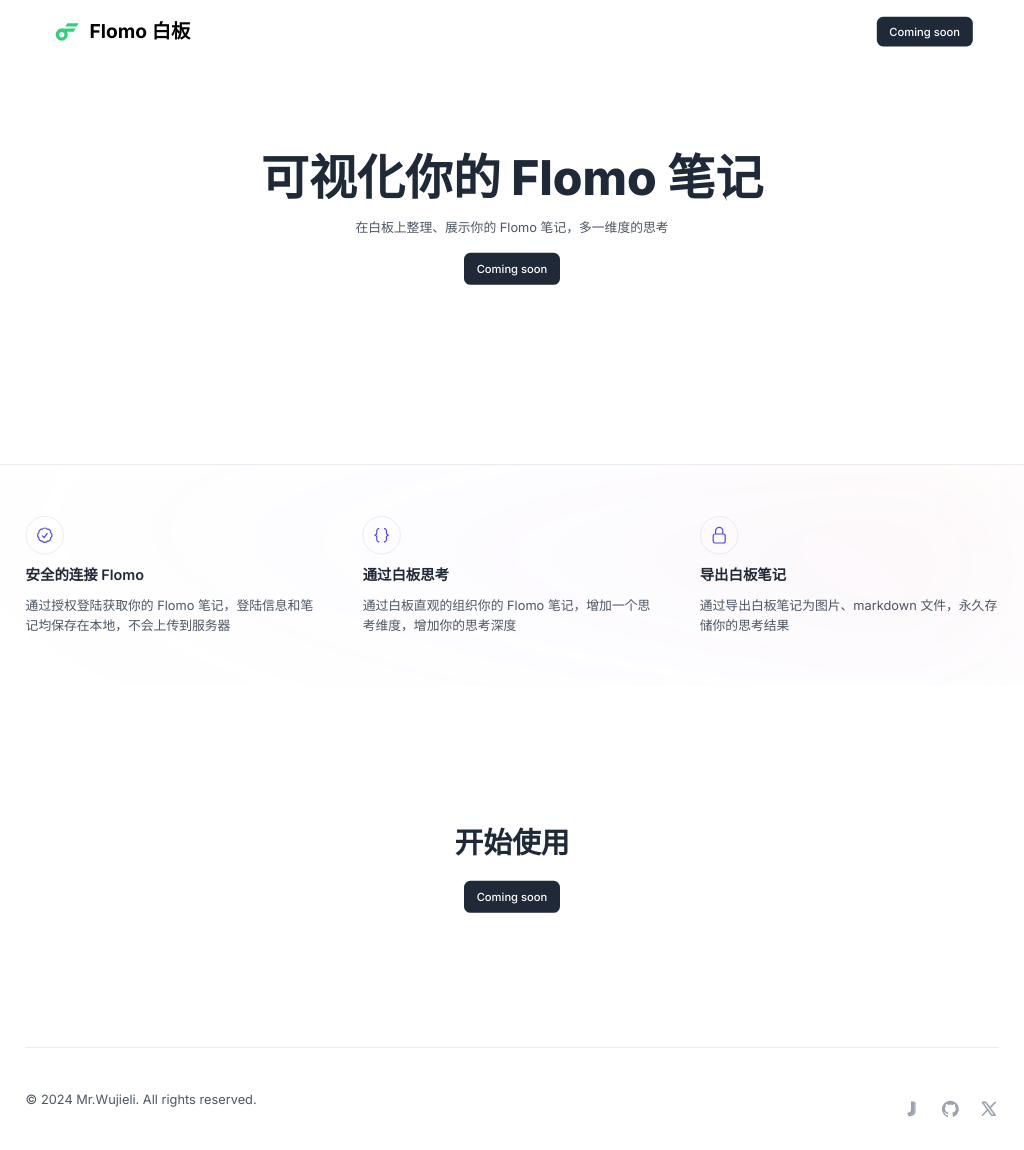
Repository: wujieli0207/flomo-board
Page: /
An editor plug-in stored every save of this project. The page is shown before and after the next save, followed by the edit.
The browser window is 1280 px wide. The pictures show the whole page, at 80% of full size.
The project was rebuilt for these pictures with package versions that can differ from the ones it lists, and the page was loaded fresh each time. The framework's server and built-in components were replaced by stand-ins that run in the browser. Also part of the build but not shown: next.config.mjs.

Above is the page before, as saved 2024-06-22 20:26:53.

### app/page.tsx
import GradientWrapper from '@/components/GradientWrapper'
import Features from '@/components/ui/Features'
import Footer from '@/components/ui/Footer'
import FooterCTA from '@/components/ui/FooterCTA'
import Hero from '@/components/ui/Hero'
import Navbar from '@/components/ui/Navbar'

export default function Home() {
  return (
    <>
      <Navbar />
      <main className="flex min-h-screen flex-col items-center justify-between">
        <Hero />
        <GradientWrapper>
          <Features />
        </GradientWrapper>
        <FooterCTA />
      </main>
      <Footer />
    </>
  )
}

### app/globals.css
@tailwind base;
@tailwind components;
@tailwind utilities;

.custom-screen {
  @apply max-w-screen-xl mx-auto px-4 md:px-8;
}

.gradient-border {
  border: 1px solid transparent;
  background: linear-gradient(white, white),
    linear-gradient(
      25deg,
      rgba(209, 213, 219, 1),
      rgba(209, 213, 219, 1),
      rgba(0, 0, 0, 0.63),
      rgba(209, 213, 219, 1),
      rgba(209, 213, 219, 1)
    );
  background-clip: padding-box, border-box;
  background-origin: padding-box, border-box;
}

### components/GradientWrapper.tsx
import { ReactNode } from 'react'

interface IProps {
  children: ReactNode
  className?: string
}

const GradientWrapper = ({ children, className = '' }: IProps) => (
  <div
    className={`relative overflow-hidden my-16 border-t sm:my-28 ${
      className ?? ''
    }`}
  >
    <div
      className="blur-[100px] absolute inset-0 w-full h-full"
      style={{
        background:
          'linear-gradient(202.72deg, rgba(237, 78, 80, 0.05) 14.76%, rgba(152, 103, 240, 0.04) 34.37%, rgba(152, 103, 240, 0) 86.62%)',
      }}
    ></div>
    <div className="relative">{children}</div>
  </div>
)

export default GradientWrapper

### components/ui/Features/index.tsx
import SectionWrapper from '../../SectionWrapper'

const Features = () => {
  const features = [
    {
      icon: (
        <svg
          xmlns="http://www.w3.org/2000/svg"
          fill="none"
          viewBox="0 0 24 24"
          strokeWidth={1.5}
          stroke="currentColor"
          className="w-6 h-6"
        >
          <path
            strokeLinecap="round"
            strokeLinejoin="round"
            d="M9 12.75L11.25 15 15 9.75M21 12c0 1.268-.63 2.39-1.593 3.068a3.745 3.745 0 01-1.043 3.296 3.745 3.745 0 01-3.296 1.043A3.745 3.745 0 0112 21c-1.268 0-2.39-.63-3.068-1.593a3.746 3.746 0 01-3.296-1.043 3.745 3.745 0 01-1.043-3.296A3.745 3.745 0 013 12c0-1.268.63-2.39 1.593-3.068a3.745 3.745 0 011.043-3.296 3.746 3.746 0 013.296-1.043A3.746 3.746 0 0112 3c1.268 0 2.39.63 3.068 1.593a3.746 3.746 0 013.296 1.043 3.746 3.746 0 011.043 3.296A3.745 3.745 0 0121 12z"
          />
        </svg>
      ),
      title: '安全的连接 Flomo',
      desc: '通过授权登陆获取你的 Flomo 笔记，登陆信息和笔记均保存在本地，不会上传到服务器',
    },
    {
      icon: (
        <svg
          className="w-6 h-6"
          viewBox="0 0 24 24"
          fill="none"
          xmlns="http://www.w3.org/2000/svg"
        >
          <path
            fill-rule="evenodd"
            clip-rule="evenodd"
            d="M9 4.476V3H8.865C8.3955 3 7.941 3.093 7.5015 3.2775C7.06407 3.46087 6.66854 3.73136 6.339 4.0725C6.01829 4.39483 5.76667 4.77915 5.5995 5.202V5.2035C5.45069 5.60502 5.35097 6.02305 5.3025 6.4485V6.4515C5.25984 6.8816 5.24781 7.31419 5.2665 7.746C5.2845 8.181 5.2935 8.616 5.2935 9.0495C5.2935 9.354 5.2335 9.639 5.118 9.9075V9.909C4.89786 10.433 4.48805 10.8546 3.9705 11.0895C3.70659 11.2048 3.42148 11.2635 3.1335 11.262H3V12.738H3.135C3.4275 12.738 3.705 12.798 3.969 12.9195L3.9705 12.921C4.2375 13.038 4.464 13.197 4.653 13.398L4.656 13.401C4.851 13.596 5.0055 13.8285 5.1165 14.0985L5.118 14.1015C5.235 14.3715 5.2935 14.6535 5.2935 14.9505C5.2935 15.3855 5.2845 15.8205 5.2665 16.254C5.2485 16.698 5.2605 17.1315 5.3025 17.559V17.5605C5.352 17.985 5.451 18.3975 5.598 18.7965V18.798C5.757 19.2075 6.0045 19.584 6.339 19.9275C6.6735 20.2725 7.062 20.538 7.5015 20.7225C7.941 20.907 8.3955 21 8.8665 21H9V19.524H8.865C8.565 19.524 8.2845 19.467 8.0205 19.3515C7.76585 19.2325 7.53389 19.0701 7.335 18.8715C7.14192 18.666 6.98519 18.4291 6.8715 18.171C6.7605 17.901 6.7065 17.616 6.7065 17.3115C6.7065 16.9695 6.711 16.632 6.723 16.3035C6.735 15.9615 6.735 15.6285 6.723 15.306C6.71771 14.9845 6.69015 14.6637 6.6405 14.346C6.59278 14.0326 6.50819 13.726 6.3885 13.4325C6.15504 12.8646 5.77322 12.3698 5.283 12C5.77377 11.6304 6.15612 11.1356 6.39 10.5675C6.51 10.2795 6.5925 9.978 6.642 9.6645C6.6915 9.3495 6.7185 9.03 6.7245 8.7045C6.7365 8.3745 6.7365 8.0415 6.7245 7.7055C6.7125 7.3695 6.7065 7.0305 6.7065 6.6885C6.7039 6.25858 6.82703 5.83727 7.06076 5.47643C7.29448 5.11558 7.6286 4.83093 8.022 4.6575C8.28687 4.53605 8.57512 4.4741 8.8665 4.476H9ZM15 19.524V21H15.135C15.6045 21 16.059 20.907 16.4985 20.7225C16.938 20.538 17.3265 20.2725 17.661 19.9275C17.9955 19.5825 18.243 19.2075 18.4005 18.798V18.7965C18.5505 18.3975 18.648 17.982 18.6975 17.5515V17.5485C18.7395 17.1285 18.7515 16.698 18.7335 16.254C18.7155 15.819 18.7065 15.384 18.7065 14.9505C18.7065 14.646 18.7665 14.361 18.882 14.0925V14.091C19.1019 13.5668 19.5118 13.1452 20.0295 12.9105C20.2935 12.7954 20.5785 12.7367 20.8665 12.738H21V11.262H20.865C20.571 11.262 20.2935 11.202 20.0295 11.0805L20.028 11.079C19.7705 10.968 19.5382 10.8057 19.3455 10.602L19.3425 10.599C19.1443 10.3993 18.9878 10.1622 18.882 9.9015V9.8985C18.7648 9.63083 18.7045 9.34171 18.705 9.0495C18.705 8.6145 18.714 8.1795 18.732 7.746C18.7507 7.3107 18.7387 6.87461 18.696 6.441V6.4395C18.6474 6.01715 18.5482 5.60217 18.4005 5.2035V5.202C18.2329 4.77902 17.9807 4.39469 17.6595 4.0725C17.3299 3.7314 16.9344 3.46091 16.497 3.2775C16.0653 3.09415 15.601 2.99977 15.132 3H15V4.476H15.135C15.435 4.476 15.7155 4.533 15.978 4.6485C16.239 4.7715 16.467 4.9305 16.6635 5.1285C16.854 5.3295 17.0085 5.5635 17.127 5.829C17.238 6.099 17.292 6.384 17.292 6.6885C17.292 7.0305 17.2875 7.3665 17.2755 7.6965C17.2635 8.0385 17.2635 8.3715 17.2755 8.694C17.2815 9.027 17.3085 9.3465 17.358 9.654C17.4075 9.975 17.4915 10.278 17.61 10.5675C17.8439 11.1356 18.2263 11.6303 18.717 12C18.2263 12.3697 17.8439 12.8644 17.61 13.4325C17.4912 13.7227 17.4066 14.0257 17.358 14.3355C17.3085 14.6505 17.2815 14.97 17.2755 15.2955C17.2634 15.6284 17.2634 15.9616 17.2755 16.2945C17.2875 16.6305 17.2935 16.9695 17.2935 17.3115C17.2959 17.7414 17.1727 18.1626 16.939 18.5234C16.7053 18.8842 16.3713 19.1689 15.978 19.3425C15.7131 19.4639 15.4249 19.5259 15.1335 19.524H15Z"
            fill="currentColor"
          />
        </svg>
      ),
      title: '通过白板思考',
      desc: '通过白板直观的组织你的 Flomo 笔记，增加一个思考维度，增加你的思考深度',
    },
    {
      icon: (
        <svg
          xmlns="http://www.w3.org/2000/svg"
          fill="none"
          viewBox="0 0 24 24"
          strokeWidth={1.5}
          stroke="currentColor"
          className="w-6 h-6"
        >
          <path
            strokeLinecap="round"
            strokeLinejoin="round"
            d="M16.5 10.5V6.75a4.5 4.5 0 10-9 0v3.75m-.75 11.25h10.5a2.25 2.25 0 002.25-2.25v-6.75a2.25 2.25 0 00-2.25-2.25H6.75a2.25 2.25 0 00-2.25 2.25v6.75a2.25 2.25 0 002.25 2.25z"
          />
        </svg>
      ),
      title: '导出白板笔记',
      desc: '通过导出白板笔记为图片、markdown 文件，永久存储你的思考结果',
    },
  ]

  return (
    <SectionWrapper>
      <div id="features" className="custom-screen text-gray-600">
        <ul className="grid gap-x-12 gap-y-8 sm:grid-cols-2 lg:grid-cols-3">
          {features.map((item, idx) => (
            <li key={idx} className="space-y-3">
              <div className="w-12 h-12 border text-indigo-600 rounded-full flex items-center justify-center">
                {item.icon}
              </div>
              <h4 className="text-lg text-gray-800 font-semibold">
                {item.title}
              </h4>
              <p>{item.desc}</p>
            </li>
          ))}
        </ul>
      </div>
    </SectionWrapper>
  )
}

export default Features

### components/ui/Footer/index.tsx
import Link from 'next/link'

const socialInfo = [
  {
    icon: (
      <svg
        className="fill-current h-6"
        viewBox="0 0 1024 1024"
        version="1.1"
        xmlns="http://www.w3.org/2000/svg"
        p-id="11966"
      >
        <path
          d="M297.88660622 864.60698169a17.99472925 17.99472925 0 0 1-1.92238933 0.35535076l61.27179093 59.73970488c58.91832035-5.41181725 116.59000035-20.90744035 159.05150293-36.26325333 42.49645511-15.39076551 77.44316302-35.15642311 104.9100288-59.38435413a221.79130027 221.79130027 0 0 0 61.02129778-87.27647574c13.18293049-33.98551325 19.77148302-73.20225565 19.77148302-117.66187804V404.55008711c0-49.51608889 0.18058809-92.43779982 0.53593885-128.73600569 0.35535075-36.3331584 0.57089138-69.10698382 0.57089138-98.42633387l-68.53609245-54.67741297c0 29.24361955-0.18058809 62.01744498-0.53593884 98.31565084s-0.53593885 79.22574222-0.53593884 128.73600569v219.57763982c0 44.45379698-6.58855253 83.6763648-19.77148303 117.62692552a221.8786816 221.8786816 0 0 1-61.02129777 87.27647573c-27.43191325 24.2221056-62.40774827 44.02854115-104.9100288 59.38435413-41.93138915 15.16357405-91.9076864 25.49787307-149.89976463 30.97959538z"
          p-id="11967"
        ></path>
        <path
          d="M634.59018525 122.59965155c0 29.27857209-0.21554062 62.08735005-0.57089138 98.39138134a13396.43221333 13396.43221333 0 0 0-0.53593885 128.77678364v219.57763982c0 44.45379698-6.58855253 83.6763648-19.80643555 117.62692552a221.85537991 221.85537991 0 0 1-60.98634525 87.27647573c-27.46686578 24.2221056-62.44852622 44.02854115-104.9100288 59.38435413s-93.15432675 25.75419165-152.07264711 31.17183432l-33.05927111-142.02379378c26.85519645-2.98261618 53.48320142-7.79441493 79.68595058-14.38879289a165.97210453 165.97210453 0 0 0 59.62902187-28.46301298c18.05880889-14.06839467 31.70194773-31.77767822 40.96436906-53.1103744 9.19251627-21.3385216 13.78294898-49.51608889 13.78294898-84.5676544 0-28.21251982 0.1048576-57.92217315 0.28544569-89.19886507 0.18058809-31.24173938 0.25049315-63.51457849 0.25049315-96.74861226 0-57.85226809-0.25049315-103.83815111-0.786432-137.99842702-0.57089138-34.16027591-0.9961472-66.04281173-1.35149795-95.68256h179.42882987l0.0524288-0.0233017z"
          p-id="11968"
        ></path>
      </svg>
    ),
    href: 'https://web.okjike.com/u/737645D8-42B5-4B4F-9687-DCA50D85DE1A',
  },
  {
    icon: (
      <svg
        className="fill-current h-6 icon"
        viewBox="0 0 1024 1024"
        version="1.1"
        xmlns="http://www.w3.org/2000/svg"
        p-id="10708"
      >
        <path
          d="M511.6 76.3C264.3 76.2 64 276.4 64 523.5 64 718.9 189.3 885 363.8 946c23.5 5.9 19.9-10.8 19.9-22.2v-77.5c-135.7 15.9-141.2-73.9-150.3-88.9C215 726 171.5 718 184.5 703c30.9-15.9 62.4 4 98.9 57.9 26.4 39.1 77.9 32.5 104 26 5.7-23.5 17.9-44.5 34.7-60.8-140.6-25.2-199.2-111-199.2-213 0-49.5 16.3-95 48.3-131.7-20.4-60.5 1.9-112.3 4.9-120 58.1-5.2 118.5 41.6 123.2 45.3 33-8.9 70.7-13.6 112.9-13.6 42.4 0 80.2 4.9 113.5 13.9 11.3-8.6 67.3-48.8 121.3-43.9 2.9 7.7 24.7 58.3 5.5 118 32.4 36.8 48.9 82.7 48.9 132.3 0 102.2-59 188.1-200 212.9 23.5 23.2 38.1 55.4 38.1 91v112.5c0.8 9 0 17.9 15 17.9 177.1-59.7 304.6-227 304.6-424.1 0-247.2-200.4-447.3-447.5-447.3z"
          p-id="10709"
        ></path>
      </svg>
    ),
    href: 'https://github.com/wujieli0207',
  },
  {
    icon: (
      <svg
        xmlns="http://www.w3.org/2000/svg"
        width="24"
        height="24"
        viewBox="0 0 24 24"
        fill="none"
        stroke="currentColor"
        stroke-width="2"
        stroke-linecap="round"
        stroke-linejoin="round"
      >
        <path stroke="none" d="M0 0h24v24H0z" fill="none" />
        <path d="M4 4l11.733 16h4.267l-11.733 -16z" />
        <path d="M4 20l6.768 -6.768m2.46 -2.46l6.772 -6.772" />
      </svg>
    ),
    href: 'https://x.com/li_wujie',
  },
]

const Footer = () => (
  <footer>
    <div className="custom-screen pt-16">
      <div className="mt-10 py-10 border-t items-center justify-between sm:flex">
        <p className="text-gray-600">
          © 2024{' '}
          <Link
            href="https://wujieli.com"
            target="_blank"
            className="hover:text-gray-800 hover:underline duration-150"
          >
            Mr.Wujieli
          </Link>
          . All rights reserved.
        </p>
        <div className="flex items-center gap-x-6 text-gray-400 mt-6">
          {socialInfo.map((item, idx) => (
            <a
              key={idx}
              href={item.href}
              aria-label="social media"
              target="_blank"
              rel="noreferrer"
            >
              {item.icon}
            </a>
          ))}
        </div>
      </div>
    </div>
  </footer>
)

export default Footer

### components/ui/FooterCTA/index.tsx
import SectionWrapper from '../../SectionWrapper'
import NavLink from '../NavLink'

const FooterCTA = () => (
  <SectionWrapper>
    <div className="custom-screen">
      <div className="max-w-2xl mx-auto text-center">
        <h2 className="text-gray-800 text-3xl font-semibold sm:text-4xl">
          开始使用
        </h2>
        <p className="mt-3 text-gray-600"></p>
        <NavLink
          href="/"
          className="mt-4 inline-block font-medium text-sm text-white bg-gray-800 hover:bg-gray-600 active:bg-gray-900"
        >
          Coming soon
        </NavLink>
      </div>
    </div>
  </SectionWrapper>
)

export default FooterCTA

### components/ui/Hero/index.tsx
import NavLink from '../NavLink'

const Hero = () => (
  <section>
    <div className="custom-screen py-28 text-gray-600">
      <div className="space-y-5 max-w-4xl mx-auto text-center">
        <h1 className="text-4xl text-gray-800 font-extrabold mx-auto sm:text-6xl">
          可视化你的 Flomo 笔记
        </h1>
        <p className="max-w-xl mx-auto">
          在白板上整理、展示你的 Flomo 笔记，多一维度的思考
        </p>
        <div className="flex items-center justify-center gap-x-3 font-medium text-sm">
          <NavLink
            href="/"
            className="text-white bg-gray-800 hover:bg-gray-600 active:bg-gray-900 "
          >
            Coming soon
          </NavLink>
          {/* <NavLink
            href="#cta"
            className="text-gray-700 border hover:bg-gray-50"
          >
            Learn more
          </NavLink> */}
        </div>
      </div>
    </div>
  </section>
)

export default Hero

### components/ui/Navbar/index.tsx
'use client'

import Link from 'next/link'
import { useEffect, useState } from 'react'
import Brand from '../Brand'
import NavLink from '../NavLink'

const Navbar = () => {
  const [state, setState] = useState(false)
  // const { events } = useRouter()

  // const navigation = [{ title: 'Features', path: '#features' }]

  useEffect(() => {
    // Close the navbar menu when navigate
    const handleState = () => {
      document.body.classList.remove('overflow-hidden')
      setState(false)
    }
    // events.on('routeChangeStart', () => handleState())
    // events.on('hashChangeStart', () => handleState())
  }, [])

  const handleNavMenu = () => {
    setState(!state)
    document.body.classList.toggle('overflow-hidden')
  }

  return (
    <nav
      className={`bg-white w-full px-8 md:static md:text-sm ${
        state ? 'fixed z-10 h-full' : ''
      }`}
    >
      <div className="custom-screen items-center mx-auto md:flex">
        <div className="flex items-center justify-between py-3 md:py-5 md:block">
          <Brand />
          <div className="md:hidden">
            <button
              role="button"
              aria-label="Open the menu"
              className="text-gray-500 hover:text-gray-800"
              onClick={handleNavMenu}
            >
              {state ? (
                <svg
                  xmlns="http://www.w3.org/2000/svg"
                  className="h-6 w-6"
                  viewBox="0 0 20 20"
                  fill="currentColor"
                >
                  <path
                    fillRule="evenodd"
                    d="M4.293 4.293a1 1 0 011.414 0L10 8.586l4.293-4.293a1 1 0 111.414 1.414L11.414 10l4.293 4.293a1 1 0 01-1.414 1.414L10 11.414l-4.293 4.293a1 1 0 01-1.414-1.414L8.586 10 4.293 5.707a1 1 0 010-1.414z"
                    clipRule="evenodd"
                  />
                </svg>
              ) : (
                <svg
                  xmlns="http://www.w3.org/2000/svg"
                  fill="none"
                  viewBox="0 0 24 24"
                  strokeWidth={1.5}
                  stroke="currentColor"
                  className="w-6 h-6"
                >
                  <path
                    strokeLinecap="round"
                    strokeLinejoin="round"
                    d="M3.75 6.75h16.5M3.75 12h16.5m-16.5 5.25h16.5"
                  />
                </svg>
              )}
            </button>
          </div>
        </div>
        <div
          className={`flex-1 pb-3 mt-8 md:pb-0 md:mt-0 md:block ${
            state ? '' : 'hidden'
          }`}
        >
          <ul className="text-gray-700 justify-end items-center space-y-6 md:flex md:space-x-6 md:space-y-0 md:text-gray-600 md:font-medium">
            {/* {navigation.map((item, idx) => {
              return (
                <li key={idx} className="duration-150 hover:text-gray-900">
                  <Link href={item.path} className="block">
                    {item.title}
                  </Link>
                </li>
              )
            })} */}
            <li>
              <NavLink
                href="/"
                className="block font-medium text-sm text-white bg-gray-800 hover:bg-gray-600 active:bg-gray-900 md:inline"
              >
                Coming soon
              </NavLink>
            </li>
          </ul>
        </div>
      </div>
    </nav>
  )
}

export default Navbar

### components/SectionWrapper.tsx
import { ReactNode } from 'react'

interface IProps {
  children: ReactNode
  id?: string
  className?: string
}

const SectionWrapper = ({ children, id, className }: IProps) => (
  <section id={id} className={`py-16 ${className ?? ''}`}>
    {children}
  </section>
)

export default SectionWrapper

### components/ui/NavLink/index.tsx
import Link from 'next/link'
import { ReactNode } from 'react'

interface IProps {
  children: ReactNode
  href: string
  className?: string
}

const NavLink = ({ children, href, className = '' }: IProps) => (
  <Link
    href={href}
    className={`py-2.5 px-4 text-center rounded-lg duration-150 ${className}`}
  >
    {children}
  </Link>
)

export default NavLink

### components/ui/Brand/index.tsx
import Image from 'next/image'
import Link from 'next/link'

const Brand = () => (
  <Link href="/" className="flex items-center">
    <Image src="/logo.svg" width={40} height={40} alt="logo" />
    <h1 className="ml-2 text-2xl font-bold">Flomo 白板</h1>
  </Link>
)
export default Brand

### tailwind.config.ts
import type { Config } from 'tailwindcss'

const config: Config = {
  content: [
    './pages/**/*.{js,ts,jsx,tsx,mdx}',
    './components/**/*.{js,ts,jsx,tsx,mdx}',
    './app/**/*.{js,ts,jsx,tsx,mdx}',
  ],
  theme: {
    extend: {
      backgroundImage: {
        'gradient-radial': 'radial-gradient(var(--tw-gradient-stops))',
        'gradient-conic':
          'conic-gradient(from 180deg at 50% 50%, var(--tw-gradient-stops))',
      },
    },
  },
  plugins: [
    require('@tailwindcss/forms')({
      strategy: 'class', // only generate classes
    }),
  ],
}
export default config

Loaded but not shown: app/layout.tsx (common file)

After the next save:
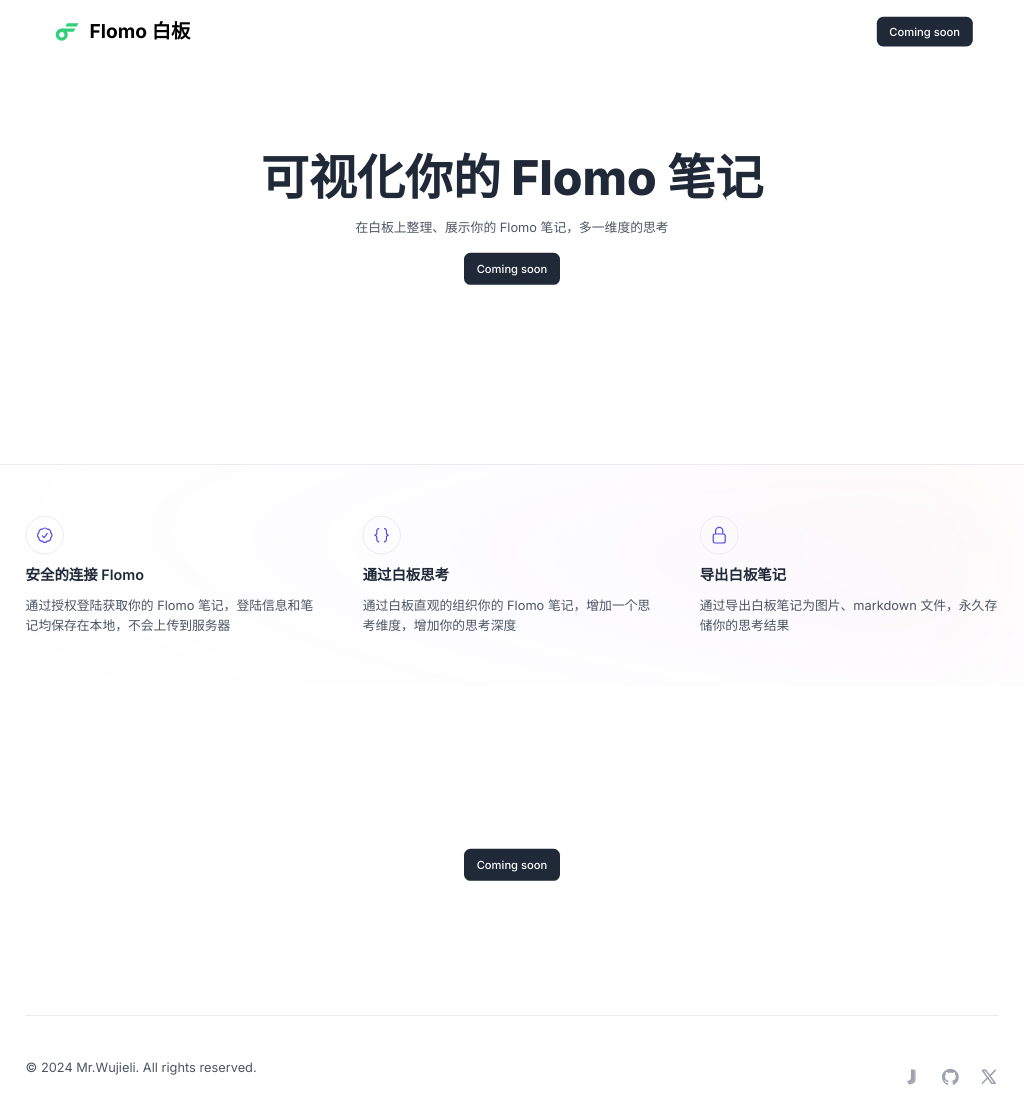
Saved 7 s later.
--- a/components/ui/FooterCTA/index.tsx
+++ b/components/ui/FooterCTA/index.tsx
@@ -6,9 +6,9 @@
     <div className="custom-screen">
       <div className="max-w-2xl mx-auto text-center">
         <h2 className="text-gray-800 text-3xl font-semibold sm:text-4xl">
-          开始使用
+          {/* TODO */}
         </h2>
-        <p className="mt-3 text-gray-600"></p>
+        <p className="mt-3 text-gray-600">{/* TODO */}</p>
         <NavLink
           href="/"
           className="mt-4 inline-block font-medium text-sm text-white bg-gray-800 hover:bg-gray-600 active:bg-gray-900"
